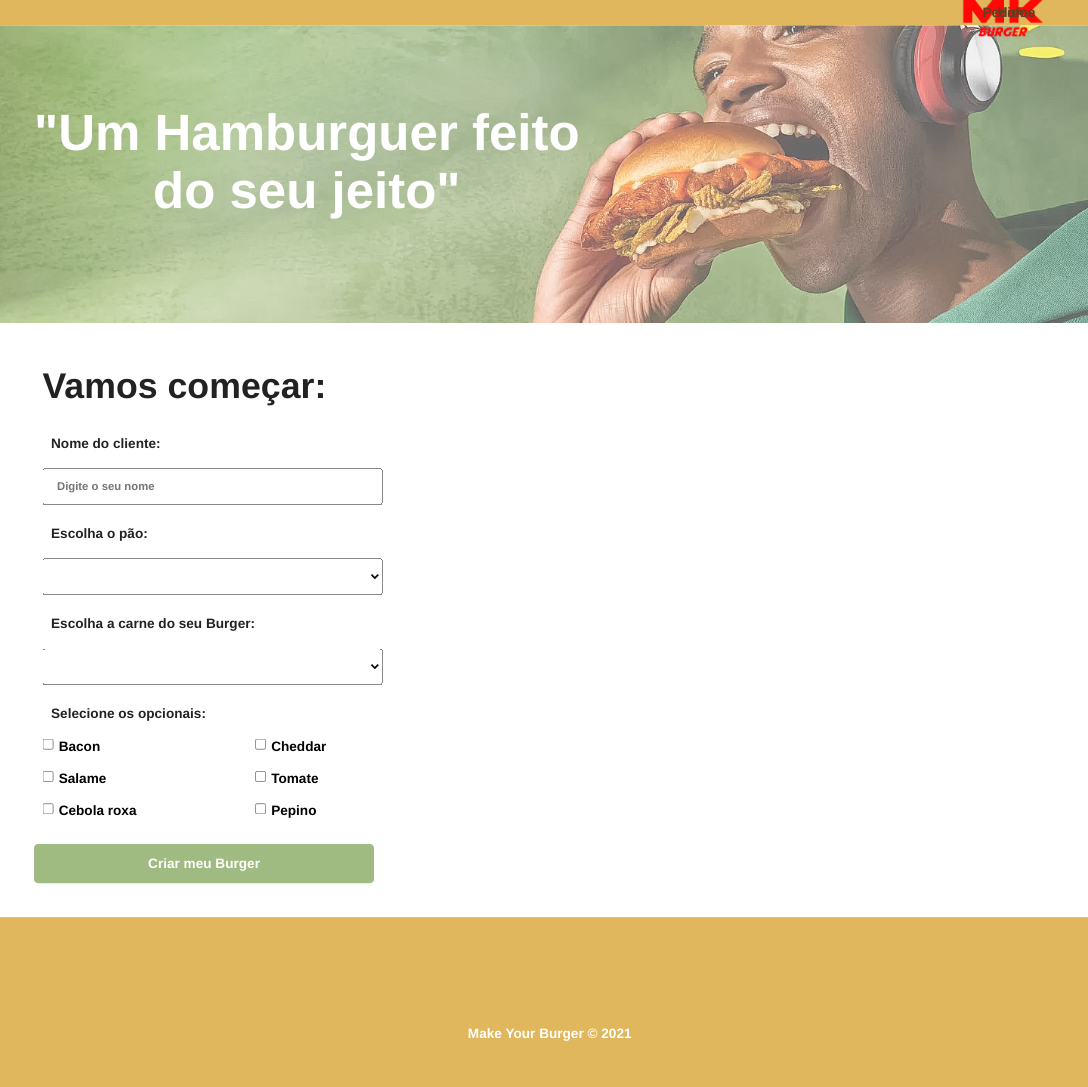
Repository: MarcoantonioCaldeira/Sistema-para-Hamburgueria
Page: /
An editor plug-in stored every save of this project. The page is shown before and after the next save, followed by the edit.
The browser window is 1280 px wide. The pictures show the whole page, at 85% of full size.
The project was rebuilt for these pictures with package versions that can differ from the ones it lists, and the page was loaded fresh each time. Requests to the local data server were answered from the project's data file. Also part of the build but not shown: vue.config.js.

Above is the page before, as saved 2022-11-02 22:27:55.

### src/App.vue
<template>
  <div>
    <Navbar :logo="logo_src" :alt="app_name"/>
    <div>
      <router-view></router-view>
    </div>
    <Footer />
  </div>
</template>

<script>
 import Navbar from './components/Navbar.vue';
 import Footer from './components/Footer.vue';

export default {
  data: function() {
    return{
      logo_src: "/img/logo.png",
      app_name: "Make Your Burger"
    }
  },
  components: {
    Navbar,
    Footer
  }
}
</script>

<style>
  * {
    font-family: Helvetica;
    font-weight: bold;
    padding: 0;
    margin: 0;
    box-sizing: border-box;
  }
  .main-container {
    margin: 50px;
    min-height: 250px;
  }
  h1 {
    font-size: 42px;
    margin-bottom: 30px;
    color: #222;
  }
</style>

### src/router/index.js
import { createRouter, createWebHistory } from 'vue-router'
import HomeView from '../views/Home.vue'

const routes = [
  {
    path: '/',
    name: 'home',
    component: HomeView
  },
  {
    path: '/pedidos',
    name: 'Pedidos',
    component: () => import(/* webpackChunkName: "pedidos" */ '../views/Pedidos.vue')
  }
]

const router = createRouter({
  history: createWebHistory(process.env.BASE_URL),
  routes
})

export default router

### src/components/Navbar.vue
<template>
    <div id="nav">
        <router-link to="/" id="logo-url">
            <img :src="logo" :alt="alt" id="logo">
        </router-link>
        <router-link to="/">Home</router-link>
        <router-link to="/pedidos">Pedidos</router-link>
    </div>
</template>

    <script>
    export default {
     name: 'Navbar',
     props: ["logo", "alt"]
    }
    </script>

    <style>
    #nav{
        background-color: rgb(224, 183, 92);
        padding: 15px 50px;
        display: flex;
        justify-content: flex-end;
        align-items: center;
      }

      #nav #logo-url{
        margin: auto;
        margin-left: 0;
      }

      #logo{
        width: 100px;
        height: 100px;
      }

      #nav a{
        color: #604020;
        font-siza: 160px;
        text-decoration:none;
        margin:12px;
        transition: .5s;
      }

      #nav a:hover{
        color:#fff;
      }
    </style>

### src/components/Footer/Footer.vue
<template>
    <div id="footer">
      <p>Make Your Burger &copy; 2021</p>
      <div id="Footer-info">
        <a>Quem somos</a>
        <a>Nossos Termos</a>
        <a>Entre em contato conosco</a>
      </div>
    </div>
  </template>

  <script>
  export default {
    name: "Footer"
  }
  </script>

  <style src="./style.scss"  lang="scss">

  </style>

### src/views/Home.vue
<template>
  <Banner />
  <div class="main-container">
    <h1>Vamos começar:</h1>
    <BurgerForm />
  </div>
</template>

<script>
import Banner from "../components/Banner.vue"
import BurgerForm from "../components/BurgerForm.vue"

export default{
  name: "Home",
  components: {
    Banner,
    BurgerForm
  }
}
</script>

### src/components/Footer/style.scss

p{
    position:absolute;
    margin-left: 43%;
    margin-top: 10%;
    display: inline;
  }

  a{
    position: absolute;
    margin-top: 10%;
    margin: 0 10px;
  }

  #Footer-info{
    height: 40px;
    margin-left: -53%;
  }

  #footer {
    height: 200px;
    background-color: rgb(224, 183, 92);
    color: #ffffff;
    bottom: 0;
    width: 100%;
  }

### src/components/Banner.vue
<template>
   <div id="main-banner">
    <h1>"Um Hamburguer feito <br> do seu jeito"</h1>
   </div>
</template>
<script>

export default{
    name: 'Banner'
}

</script>
<style>

#main-banner{
    background-image: url('/public/img/burger.jpg');
    background-position: 0 -250px;
    background-size: cover;
    height: 350px;
    display: flex;
    align-items: center;
    justify-content: flex-start;
}

#main-banner h1{
    color: #fff;
    text-align: center;
    font-size: 60px;
    padding: 20px 40px;
}
</style>

### src/components/BurgerForm.vue
<template>
    <Message :msg="msg" v-show="msg" />
    <div>
      <form id="burger-form" method="POST" @submit="createBurger">
        <div class="input-container">
          <label for="nome">Nome do cliente:</label>
          <input type="text" id="nome" name="nome" v-model="nome" placeholder="Digite o seu nome" required>
        </div>
        <div class="input-container">
          <label for="pao">Escolha o pão:</label>
          <select name="pao" id="pao" v-model="pao">
            <option value="">Selecione o seu pão</option>
            <option v-for="pao in paes" :key="pao.id" value="pao.tipo">{{ pao.tipo }}</option>
          </select>
        </div>
        <div class="input-container">
          <label for="carne">Escolha a carne do seu Burger:</label>
          <select name="carne" id="carne" v-model="carne">
            <option value="">Selecione o tipo de carne</option>
            <option v-for="carne in carnes" :key="carne.id" value="carne.tipo">{{ carne.tipo }}</option>
          </select>
        </div>
        <div id="opcionais-container" class="input-container">
          <label id="opcionais-title" for="opcionais">Selecione os opcionais:</label>
          <div class="checkbox-container" v-for="opcional in opcionaisdata" :key="opcional.id">
            <input type="checkbox" name="opcionais" v-model="opcionais" :value="opcional.tipo">
            <span>{{ opcional.tipo }}</span>
          </div>
        </div>
        <div class="input-container">
          <input class="submit-btn" type="submit" value="Criar meu Burger">
        </div>
      </form>
    </div>
  </template>

  <script>
  import Message from './Message'
  export default {
    name: "BurgerForm",
    data() {
      return {
        paes: null,
        carnes: null,
        opcionaisdata: null,
        nome: null,
        pao: null,
        carne: null,
        opcionais: [],
        status: "Solicitado",
        msg: null
      }
    },
    methods: {
      async getIngredientes() {
        const req = await fetch('http://localhost:3000/ingredientes');
        const data = await req.json();

        this.paes = data.paes;
        this.carnes = data.carnes;
        this.opcionaisdata = data.opcionais;
      },
      async createBurger(e) {

        e.preventDefault();

        const data = {
          nome: this.nome,
          carne: this.carne,
          pao: this.pao,
          opcionais: Array.from(this.opcionais),
          status: "Solicitado"
        }

        const dataJson = JSON.stringify(data);

        const req = await fetch('http://localhost:3000/burgers', {
          method: "POST",
          headers: { "Content-Type" : "application/json" },
          body: dataJson
        });
        const res = await req.json()
        console.log(res)
        this.msg = "Pedido realizado com sucesso!"
        // clear message
        setTimeout(() => this.msg = "", 3000)
        // limpar campos
        this.nome = ""
        this.carne = ""
        this.pao = ""
        this.opcionais = []

      }
    },
    mounted () {
      this.getIngredientes()
    },
    components: {
      Message
    }
  }
  </script>

  <style scoped>
  #burger-form {
    max-width: 500px;
  }
  .input-container {
    display: flex;
    flex-direction: column;
    margin-bottom: 20px;
  }
  label {
    font-weight: bold;
    margin-bottom: 15px;
    color: #222;;
    padding: 5px 10px;
  }
  input, select {
    padding: 12px 15px;
    width: 400px;
  }
  #opcionais-container {
    flex-direction: row;
    flex-wrap: wrap;
  }
  #opcionais-title {
    width: 100%;
  }
  .checkbox-container {
    display: flex;
    align-items: flex-start;
    width: 50%;
    margin-bottom: 20px;
  }
  .checkbox-container span,
  .checkbox-container input {
    width: auto;
  }
  .checkbox-container span {
    margin-left: 6px;
    font-weight: bold;
  }
  .submit-btn {
    background-color:#a0bb82;
    border-radius: 5px;
    color:white;
    font-weight: bold;
    border: 2px solid #a0bb82;
    padding: 15 15px;
    font-size: 16px;
    margin: -2%;
    cursor: pointer;
    transition: .5s;
  }
  .submit-btn:hover {
    background-color: transparent;
    color: #222;
  }
</style>

### src/components/Message.vue
<template>
    <div class="message-container">
        <p>{{ msg }}</p>
    </div>
</template>

<script>
export default {
    name: "Message",
    props: {
        msg: String
    }
}
</script>

<style>

.message-container{
    color: #004085;
    background-color: #deeeff;
    border: 2px solid #deeeff;
    border-radius: 5px;
    padding: 10px;
    max-width: 400px;
    margin: 30px auto;
}
</style>

### db/db.json
{
  "ingredientes": {
    "paes": [
      {
        "id": 1,
        "tipo": "Italiano Branco"
      },
      {
        "id": 2,
        "tipo": "3 Queijos"
      },
      {
        "id": 3,
        "tipo": "Parmesão e Orégano"
      },
      {
        "id": 4,
        "tipo": "Integral"
      }
    ],
    "carnes": [
      {
        "id": 1,
        "tipo": "Maminha"
      },
      {
        "id": 2,
        "tipo": "Alcatra"
      },
      {
        "id": 3,
        "tipo": "Picanha"
      },
      {
        "id": 4,
        "tipo": "Veggie burger"
      }
    ],
    "molhos-opcionais": [
      {
        "id": 1,
        "tipo": "Tomate"
      },
      {
        "id": 2,
        "tipo": "Creme de Alho"
      },
      {
        "id": 3,
        "tipo": "Vinagre com tomate"
      },
      {
        "id": 4,
        "tipo": "Pimenta mexicana"
      }
    ],
    "opcionais": [
      {
        "id": 1,
        "tipo": "Bacon"
      },
      {
        "id": 2,
        "tipo": "Cheddar"
      },
      {
        "id": 3,
        "tipo": "Salame"
      },
      {
        "id": 4,
        "tipo": "Tomate"
      },
      {
        "id": 4,
        "tipo": "Cebola roxa"
      },
      {
        "id": 4,
        "tipo": "Pepino"
      }
    ]
  },
  "status": [
    {
      "id": 1,
      "tipo": "Solicitado"
    },
    {
      "id": 2,
      "tipo": "Em produção"
    },
    {
      "id": 3,
      "tipo": "Finalizado"
    }
  ],
  "burgers": [
    {
      "nome": "Marco ",
      "carne": "carne.tipo",
      "pao": "pao.tipo",
      "opcionais": [
        "Tomate",
        "Bacon",
        "Salame"
      ],
      "status": "Solicitado",
      "id": 1
    }
  ]
}

Loaded but not shown: public/index.html (common file); src/main.js (common file)

After the next save:
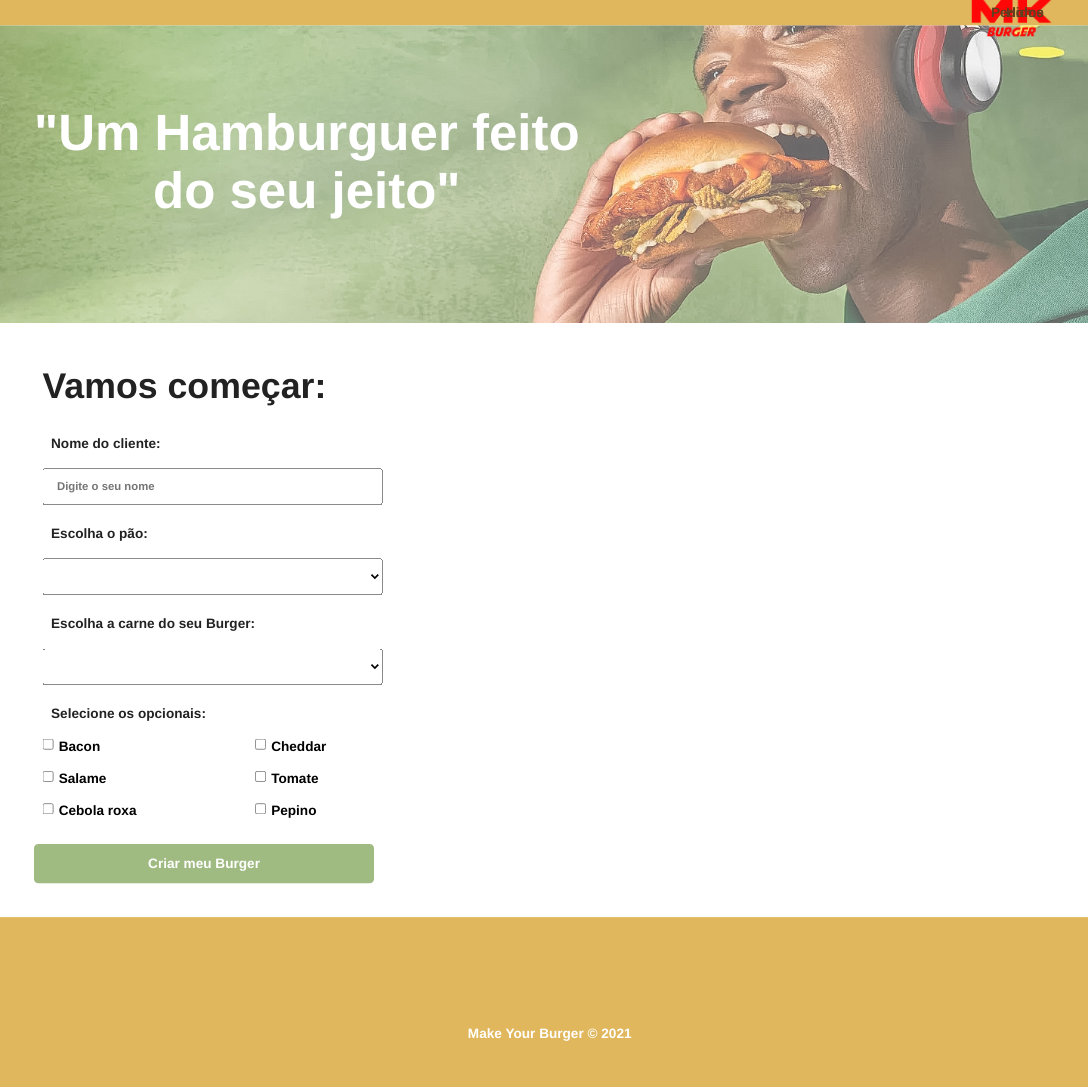
Saved 29 s later.
--- a/src/components/Navbar.vue
+++ b/src/components/Navbar.vue
@@ -18,7 +18,7 @@
     <style>
     #nav{
         background-color: rgb(224, 183, 92);
-        padding: 15px 50px;
+        padding: 15px 40px;
         display: flex;
         justify-content: flex-end;
         align-items: center;
